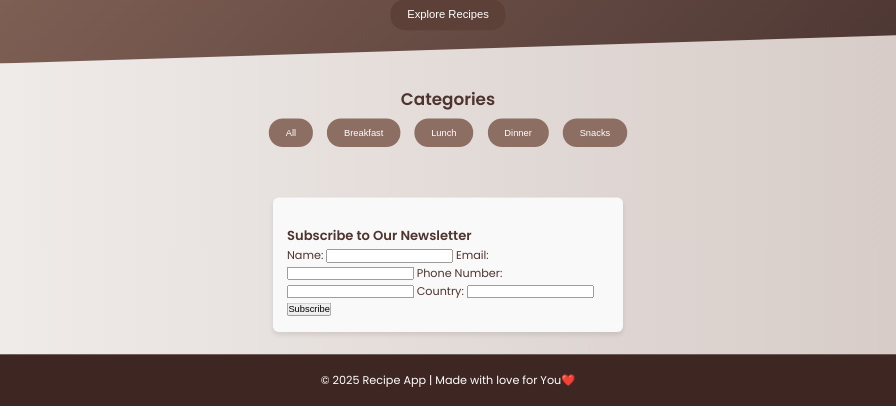
Repository: Patience225/recipe-app
Page: index.html
An editor plug-in stored every save of this project. The page is shown before and after the next save, followed by the edit.
The browser window is 1280 px wide. The pictures show the part of the page from y = 373 to 2293 px (the page is 953 px tall before and 2780 px after), at 70% of full size.

Above is the page before, as saved 2025-01-30 03:41:47.
Console error: TypeError: Cannot read properties of null (reading 'addEventListener')

### index.html
<!DOCTYPE html>
<html lang="en">
<head>
  <meta charset="UTF-8">
  <meta name="viewport" content="width=device-width, initial-scale=1.0">
  <title>Recipe App</title>
  <link href="https://fonts.googleapis.com/css2?family=Poppins:wght@400;600&display=swap" rel="stylesheet">
  <link rel="stylesheet" href="styles.css">
  <link rel="icon" href="images/favicon-logo-recipe.png" type="image/png">
</head>
<body>
  <header>
    <h1>Recipe App</h1>
    <p>Your gateway to delicious inspirations 🍲</p>
    <input type="text" id="search" placeholder="Search for recipes...">
    <button id="theme-toggle">🌙</button>
  </header>

  <section class="hero">
    <h2>Discover the Joy of Cooking</h2>
    <p>Browse through a collection of amazing recipes handpicked for you!</p>
    <button id="explore-btn">Explore Recipes</button>
  </section>

  <section id="categories">
    <h2>Categories</h2>
    <div class="category-buttons">
      <button data-category="All">All</button>
      <button data-category="Breakfast">Breakfast</button>
      <button data-category="Lunch">Lunch</button>
      <button data-category="Dinner">Dinner</button>
      <button data-category="Snacks">Snacks</button>
    </div>
  </section>

  <section id="recipe-list"></section>

  <div id="recipe-modal" class="modal">
    <div class="modal-content">
      <span class="close-btn">&times;</span>
      <h2 id="modal-title">Click on a Recipe to View...</h2>
      <img id="modal-image" src="" alt="">
      <h3>Ingredients:</h3>
      <ul id="modal-ingredients"></ul>
      <h3>Preparation Steps:</h3>
      <ol id="modal-preparation"></ol>
    </div>
  </div>

  <div id="recipe-form-container">
    <h3>Subscribe to Our Newsletter</h3>
      <label for="user-name">Name:</label>
      <input type="text" id="user-name" required>

      <label for="user-email">Email:</label>
      <input type="email" id="user-email" required>

      <label for="user-phone">Phone Number:</label>
      <input type="tel" id="user-phone" required>

      <label for="user-country">Country:</label>
      <input type="text" id="user-country" required>

      <button type="submit">Subscribe</button>
    </form>
  </div>

  <footer>
    <p>&copy; 2025 Recipe App | Made with love for You❤️</p>
  </footer>

  <script src="script.js"></script>
  <script>
    if ("serviceWorker" in navigator) {
      window.addEventListener("load", () => {
        navigator.serviceWorker.register("/sw.js").then(
          (registration) => {
            console.log("Service Worker registered with scope:", registration.scope);
          },
          (error) => {
            console.log("Service Worker registration failed:", error);
          }
        );
      });
    }
  </script>
</body>
</html>

### styles.css
* {
  margin: 0;
  padding: 0;
  box-sizing: border-box;
}

body {
  font-family: 'Poppins', sans-serif;
  background: linear-gradient(to right, #efebe9, #d7ccc8);
  color: #4e342e;
  line-height: 1.6;
}

header {
  background: linear-gradient(135deg, #795548, #3e2723);
  text-align: center;
  color: #fff;
  padding: 2rem;
  box-shadow: 0 4px 10px rgba(0, 0, 0, 0.1);
}

header h1 {
  font-size: 2.5rem;
  font-weight: 600;
}

header input {
  margin-top: 1rem;
  padding: 0.8rem 1rem;
  border-radius: 20px;
  border: none;
  outline: none;
  width: 80%;
  max-width: 400px;
  background: #efebe9;
  color: #4e342e;
}

header #theme-toggle {
  margin-top: 1rem;
  padding: 0.5rem 1rem;
  border: none;
  background: #d7ccc8;
  color: #3e2723;
  border-radius: 20px;
  cursor: pointer;
}

.hero {
  background: linear-gradient(135deg, rgba(121, 85, 72, 0.9), rgba(62, 39, 35, 0.9));
  color: #efebe9;
  text-align: center;
  padding: 3rem 2rem;
  margin-top: -1rem;
  clip-path: polygon(0 0, 100% 0, 100% 85%, 0 100%);
}

.hero h2 {
  font-size: 2rem;
  margin-bottom: 1rem;
}

.hero p {
  font-size: 1.2rem;
  margin-bottom: 2rem;
}

.hero button {
  padding: 0.8rem 1.5rem;
  background-color: #5d4037;
  color: white;
  border: none;
  border-radius: 20px;
  font-size: 1rem;
  cursor: pointer;
}

.hero button:hover {
  background-color: #4e342e;
}

#categories {
  margin: 2rem auto;
  text-align: center;
}

.category-buttons button {
  margin: 0.5rem;
  padding: 0.8rem 1.5rem;
  background-color: #8d6e63;
  color: white;
  border: none;
  border-radius: 20px;
  cursor: pointer;
}

.category-buttons button:hover {
  background-color: #6d4c41;
}

#recipe-list {
  display: grid;
  grid-template-columns: repeat(auto-fill, minmax(250px, 1fr));
  gap: 1.5rem;
  margin: 2rem;
}

.recipe-card {
  background: rgba(236, 224, 216, 0.8);
  backdrop-filter: blur(10px);
  border-radius: 15px;
  box-shadow: 0 8px 15px rgba(0, 0, 0, 0.1);
  transition: transform 0.3s;
  overflow: hidden;
}

.recipe-card img {
  width: 100%;
  height: 150px;
  object-fit: cover;
}

.recipe-card h3 {
  padding: 1rem;
  font-size: 1.2rem;
  color: #4e342e;
}

.recipe-card:hover {
  transform: scale(1.05);
}

footer {
  text-align: center;
  padding: 1.5rem;
  background: #3e2723;
  color: white;
  margin-top: 2rem;
}

body.dark-theme {
  background: #212121;
  color: white;
}

body.dark-theme header {
  background: linear-gradient(135deg, #4e342e, #3e2723);
}

body.dark-theme .hero {
  background: linear-gradient(135deg, rgba(62, 39, 35, 0.9), rgba(33, 33, 33, 0.9));
}

body.dark-theme .recipe-card {
  background: rgba(62, 39, 35, 0.8);
}

body.dark-theme footer {
  background: #3e2723;
}

#recipe-form-container {
  max-width: 500px;
  margin: 0 auto;
  padding: 20px;
  background-color: #f9f9f9;
  border-radius: 8px;
  box-shadow: 0 4px 8px rgba(0, 0, 0, 0.1);
}

#recipe-form label {
  display: block;
  margin-bottom: 8px;
  font-weight: 600;
}

#recipe-form input,
#recipe-form select,
#recipe-form button {
  width: 100%;
  padding: 10px;
  margin-bottom: 15px;
  border: 1px solid #ccc;
  border-radius: 4px;
  font-size: 16px;
}

#recipe-form button {
  background-color: #4e342e;
  color: #fff;
  border: none;
  cursor: pointer;
  transition: background-color 0.3s ease;
}

#recipe-form button:hover {
  background-color: #4e342e;
}


#recipe-form {
  display: flex;
  flex-direction: column;
  gap: 10px;
}

/* Modal styling */
.modal {
  display: none;
  position: fixed;
  z-index: 1;
  left: 0;
  top: 0;
  width: 100%;
  height: 100%;
  overflow: auto;
  background-color: rgba(0, 0, 0, 0.5);
}

.modal-content {
  background-color: #fefefe;
  margin: 10% auto;
  padding: 20px;
  border: 1px solid #888;
  width: 80%;
  max-width: 600px;
  border-radius: 8px;
}

.close-btn {
  color: #aaa;
  float: right;
  font-size: 28px;
  font-weight: bold;
}

.close-btn:hover,
.close-btn:focus {
  color: black;
  text-decoration: none;
  cursor: pointer;
}

#modal-image {
  width: 100%;
  height: auto;
  margin-bottom: 20px;
}

h3 {
  margin-top: 20px;
}

ul, ol {
  margin-left: 20px;
}

Loaded but not shown: script.js (624 lines, source omitted)

After the next save:
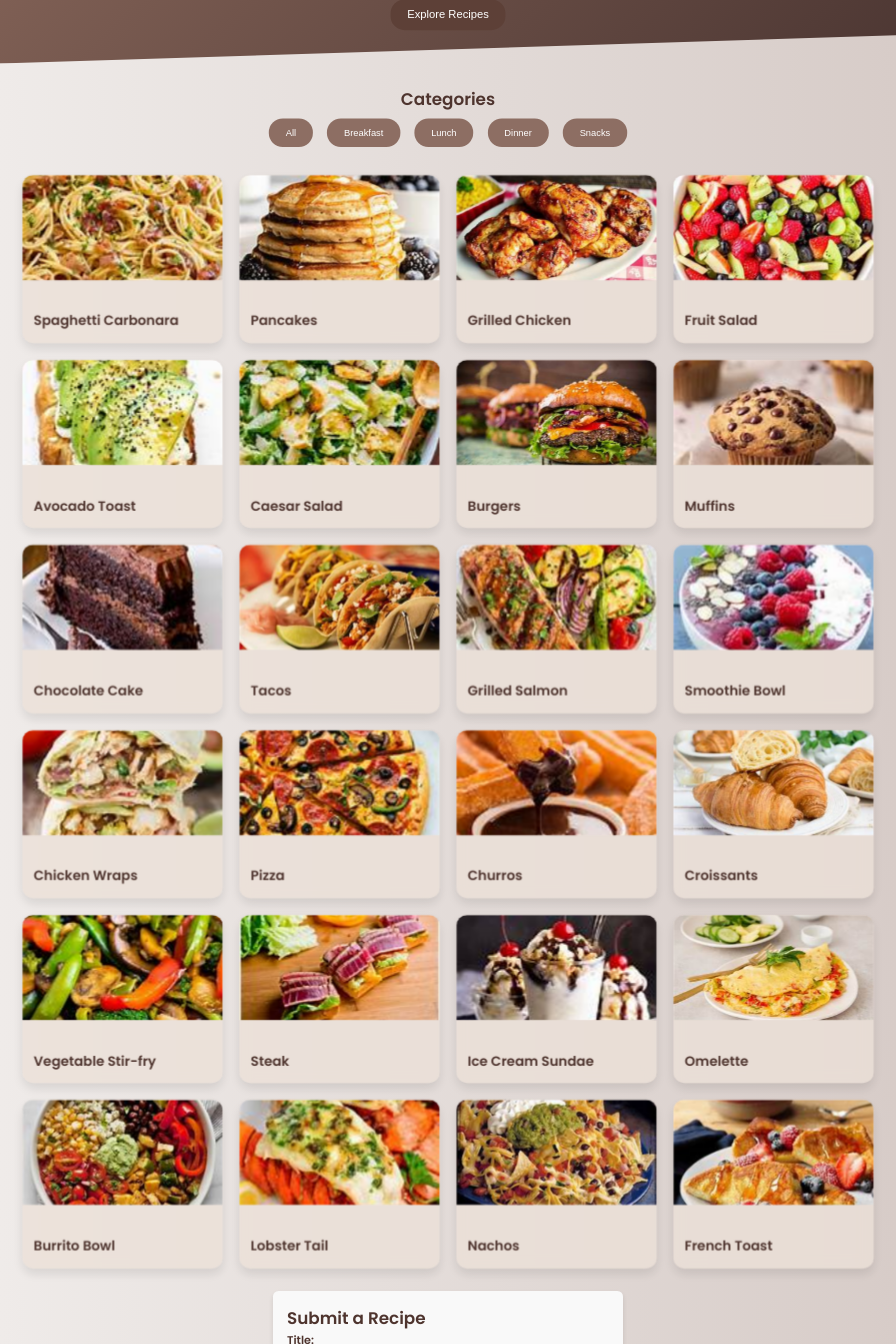
The error is gone.
Saved 84 s later.
--- a/index.html
+++ b/index.html
@@ -48,20 +48,25 @@
   </div>
 
   <div id="recipe-form-container">
-    <h3>Subscribe to Our Newsletter</h3>
-      <label for="user-name">Name:</label>
-      <input type="text" id="user-name" required>
+    <h2>Submit a Recipe</h2>
+    <form id="recipe-form">
+      <label for="recipe-title">Title:</label>
+      <input type="text" id="recipe-title" required>
 
-      <label for="user-email">Email:</label>
-      <input type="email" id="user-email" required>
+      <label for="recipe-category">Category:</label>
+      <select id="recipe-category">
+        <option value="Breakfast">Breakfast</option>
+        <option value="Lunch">Lunch</option>
+        <option value="Dinner">Dinner</option>
+        <option value="Snacks">Snacks</option>
+      </select>
 
-      <label for="user-phone">Phone Number:</label>
-      <input type="tel" id="user-phone" required>
+      <label for="recipe-image">Image URL:</label>
+      <input type="url" id="recipe-image" required>
 
-      <label for="user-country">Country:</label>
-      <input type="text" id="user-country" required>
-
-      <button type="submit">Subscribe</button>
+      <button type="submit">Submit Recipe</button>
+    </form>
+  </div>
     </form>
   </div>
 
